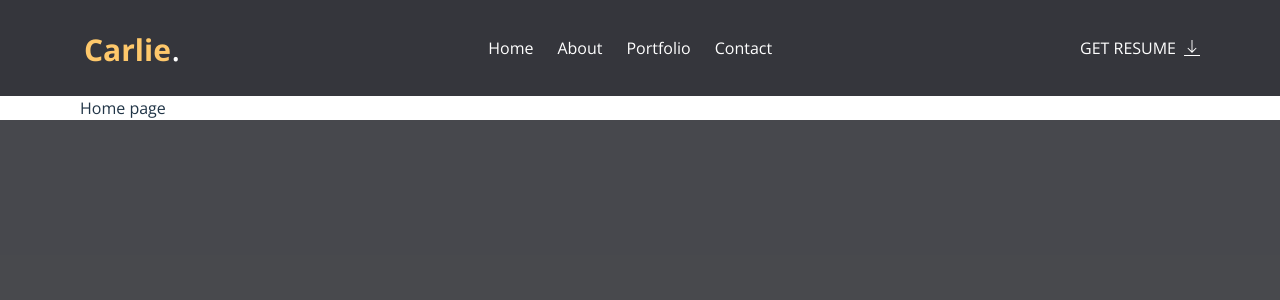
Repository: FenoCarlie/Portfolio
Page: / (app in frontend/)
These files come from the project's save history. The page is drawn as it stood at one moment and after the next save; the edit follows.
The browser window is 1280 px wide. The pictures show the whole page.
The project was rebuilt for these pictures with package versions that can differ from the ones it lists, and the page was loaded fresh each time. Also part of the build but not shown: frontend/vite.config.js, frontend/src/views/notFound/NotFound.jsx. Imported but missing from the stored project, and not drawn on this page: frontend/src/views/about/About, frontend/src/views/contact/Contact, frontend/src/views/portfolio/Portfolio.

Above is the page before, as saved 2024-05-11 15:21:39.

After the next save:
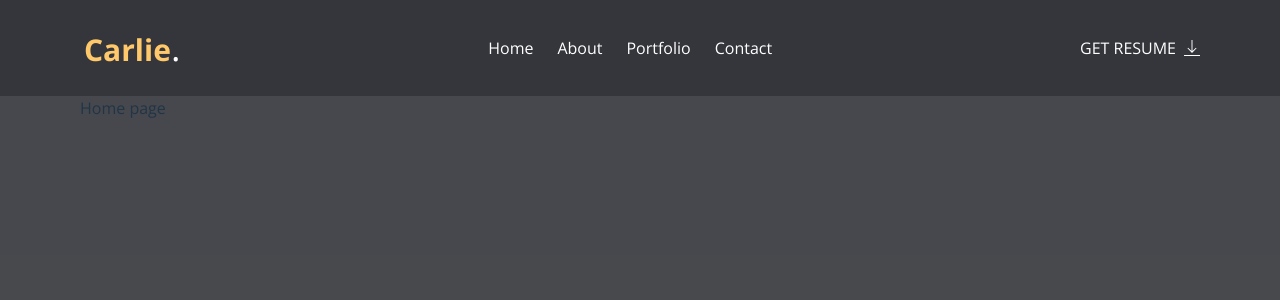
Saved 36 s later.
--- a/frontend/src/views/frontend/home/home.jsx
+++ b/frontend/src/views/frontend/home/home.jsx
@@ -23,7 +23,7 @@
   }, []);
 
   return (
-    <div id="home" className="w-full h-full bg-white">
+    <div id="home" className="w-full h-full">
       <div className="px-4 sm:px-10 lg:px-20 xl:px-30">
         <h1>Home page</h1>
       </div>

After the 2 saves that followed:
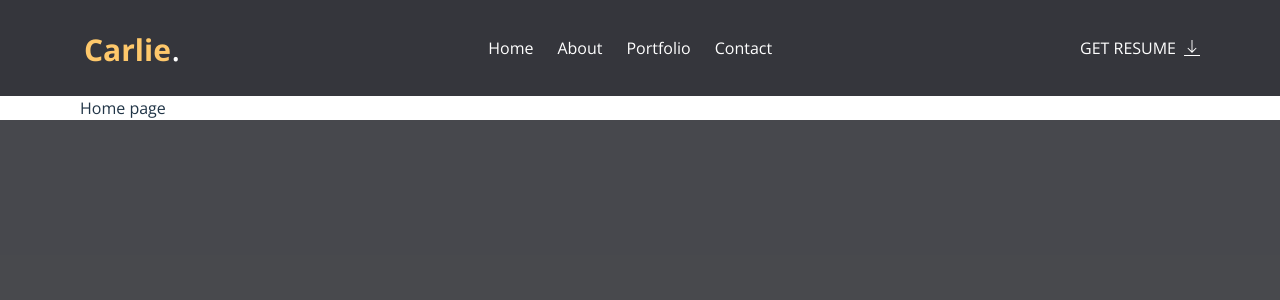
Console error: TypeError: engine.checkVersion is not a function
The 2 saves are shown as one change because 1 left the picture as it was.
The last was saved 2 min 17 s later.
--- a/frontend/index.html
+++ b/frontend/index.html
@@ -9,6 +9,7 @@
   <body>
     <div id="root"></div>
     <div id="tsparticles"></div>
+    <!-- Add this line -->
     <script type="module" src="/src/main.jsx"></script>
   </body>
 </html>
--- a/frontend/src/views/frontend/home/home.jsx
+++ b/frontend/src/views/frontend/home/home.jsx
@@ -1,21 +1,24 @@
 import React, { useEffect } from "react";
-import { tsParticles } from "@tsparticles/engine";
+import Particles from "react-tsparticles";
+import { loadSlim } from "@tsparticles/slim";
 
 function Home() {
   useEffect(() => {
-    tsParticles.init({
-      target: "tsparticles",
-      particles: {
-        number: {
-          value: 80,
-        },
-        size: {
-          value: 3,
-        },
-        move: {
-          direction: "top",
-          outModes: {
-            default: "destroy",
+    loadSlim({
+      id: "tsparticles",
+      options: {
+        particles: {
+          number: {
+            value: 80,
+          },
+          size: {
+            value: 3,
+          },
+          move: {
+            direction: "top",
+            outModes: {
+              default: "destroy",
+            },
           },
         },
       },
@@ -23,7 +26,8 @@
   }, []);
 
   return (
-    <div id="home" className="w-full h-full">
+    <div id="home" className="w-full h-full bg-white">
+      <div id="tsparticles"></div>
       <div className="px-4 sm:px-10 lg:px-20 xl:px-30">
         <h1>Home page</h1>
       </div>
